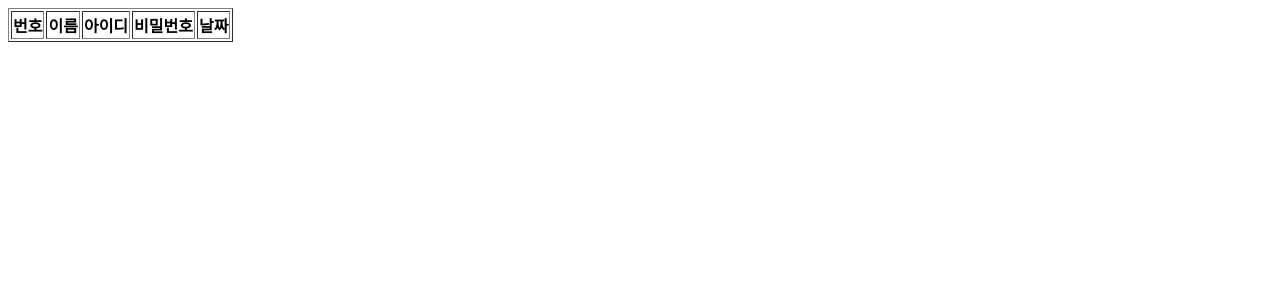
Repository: Rccn3202/Springboot_study_pack
Page: http://localhost/web/users.jsp
An editor plug-in stored every save of this project. The page is shown before and after the next save, followed by the edit.
The browser window is 1280 px wide. The pictures show the whole page.
The page is served by Tomcat 9. Queries for data that is not in the repository find no rows.

Above is the page before, as saved 2023-05-03 06:44:32.

After the next save:
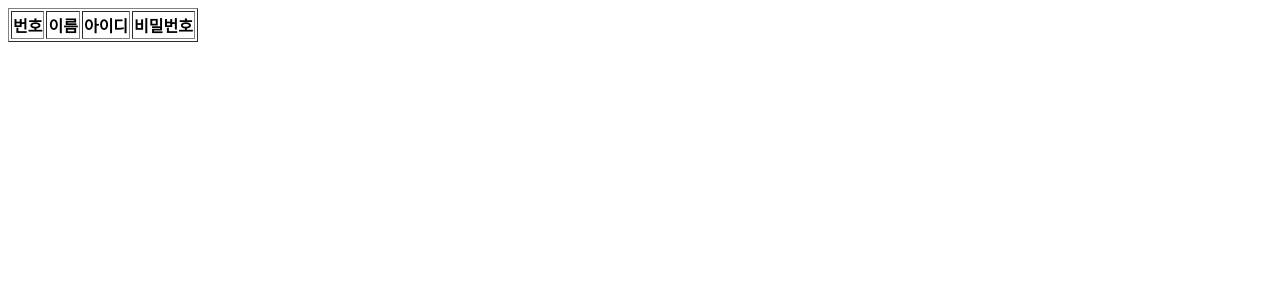
Saved 19 s later.
--- a/web/src/main/webapp/users.jsp
+++ b/web/src/main/webapp/users.jsp
@@ -31,7 +31,7 @@
 <th>이름</th>
 <th>아이디</th>
 <th>비밀번호</th>
-<th>날짜</th>
+
 </tr>
 
 

After the save that followed:
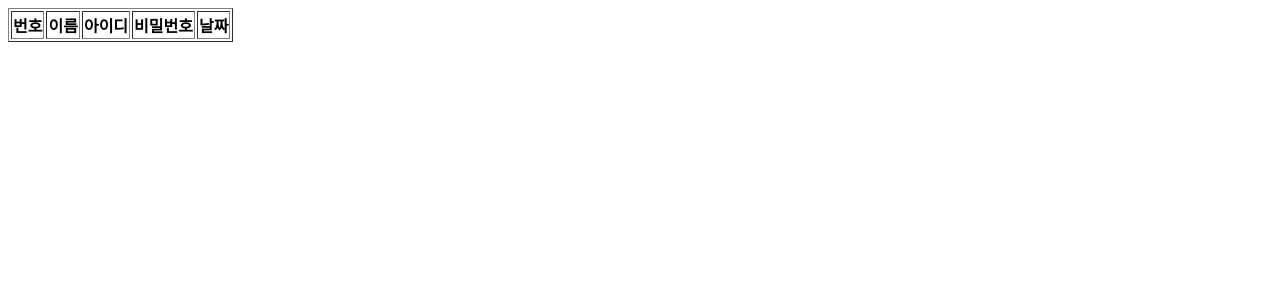
Saved 2 min 39 s later.
--- a/web/src/main/webapp/users.jsp
+++ b/web/src/main/webapp/users.jsp
@@ -31,6 +31,7 @@
 <th>이름</th>
 <th>아이디</th>
 <th>비밀번호</th>
+<th>날짜</th>
 
 </tr>
 
